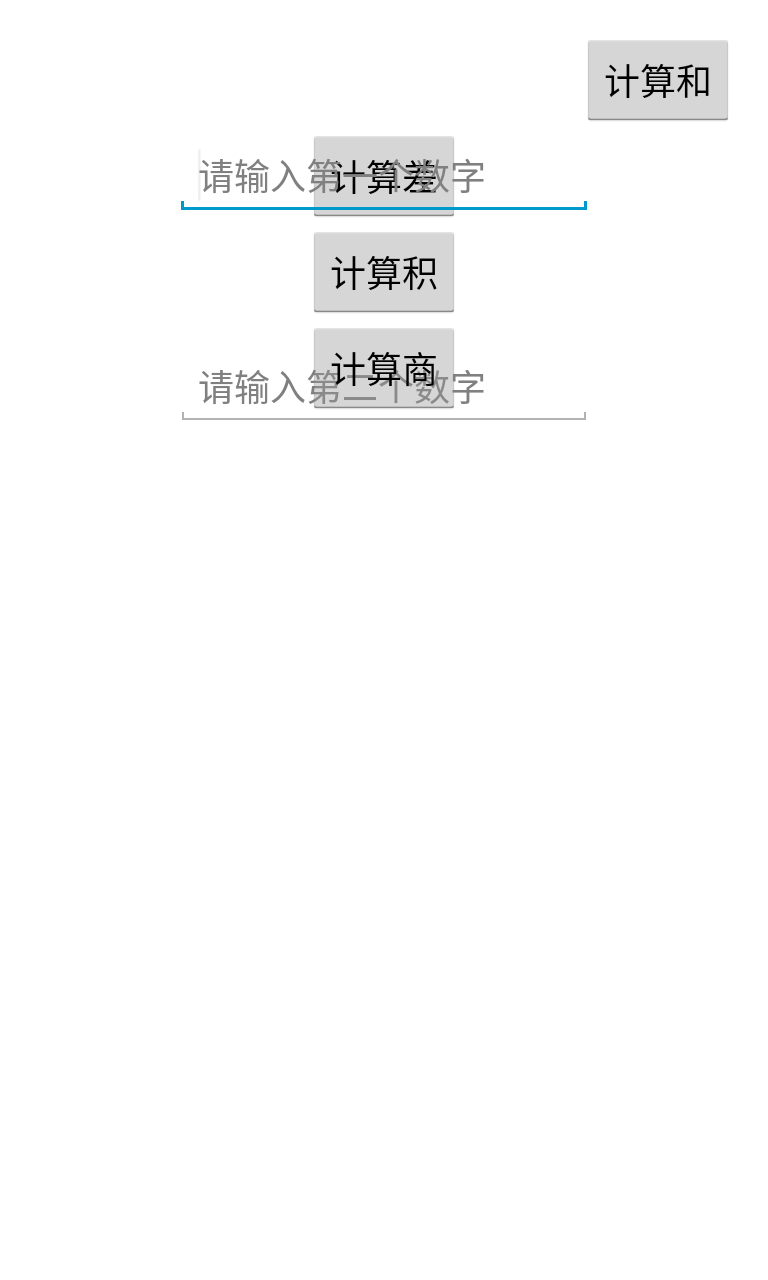
Repository: KungW/windows_learn_java_track
Layout: Caculator/res/layout/activity_main.xml
An editor plug-in stored every save of this project. The layout is shown before and after the next save, followed by the edit.
It is drawn on a 768 x 1280 px phone screen (xhdpi) without system bars, with theme AppTheme; the app's code is not run.

Above is the layout before, as saved 2016-10-14 07:38:02.

After the next save:
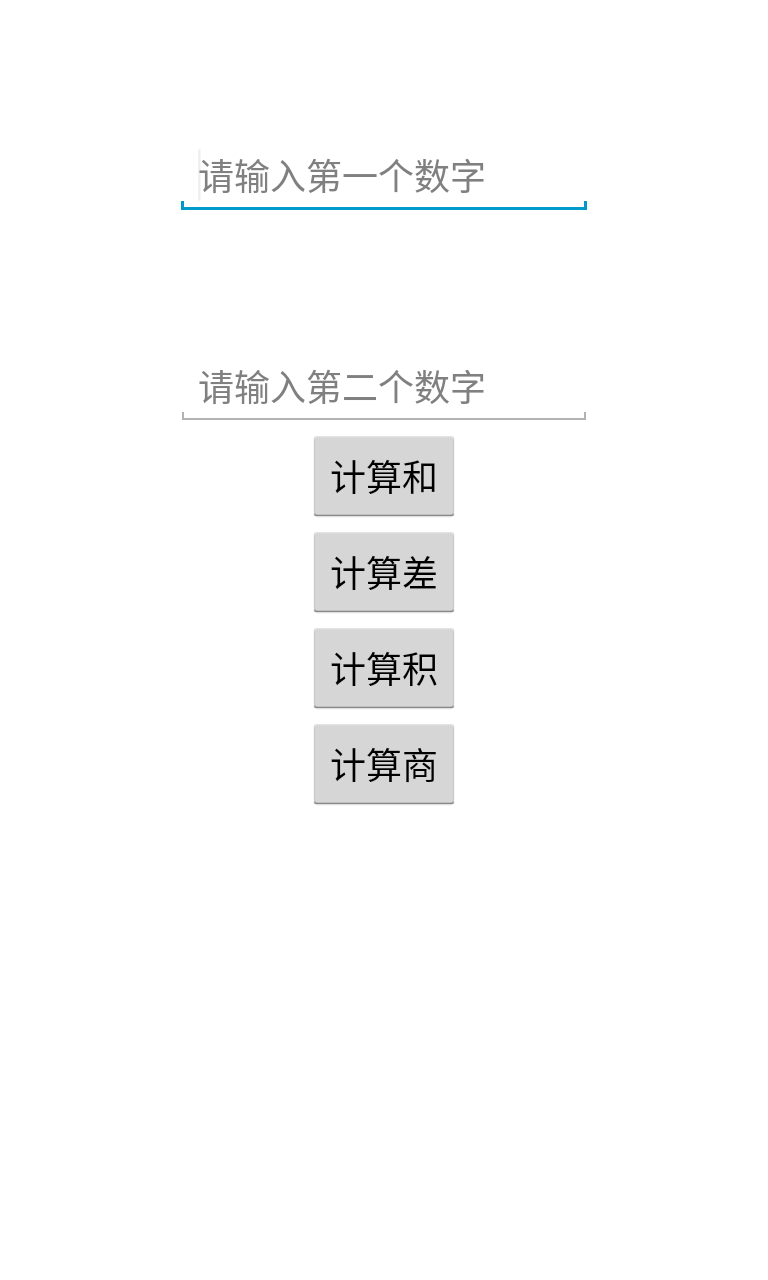
Saved 14 s later.
--- a/Caculator/res/layout/activity_main.xml
+++ b/Caculator/res/layout/activity_main.xml
@@ -22,7 +22,7 @@
         android:id="@+id/button1"
         android:layout_width="wrap_content"
         android:layout_height="wrap_content"
-        android:layout_alignParentRight="true"
+        android:layout_below="@+id/editText2"
         android:layout_centerHorizontal="true"
         android:text="计算和" />
     <Button
